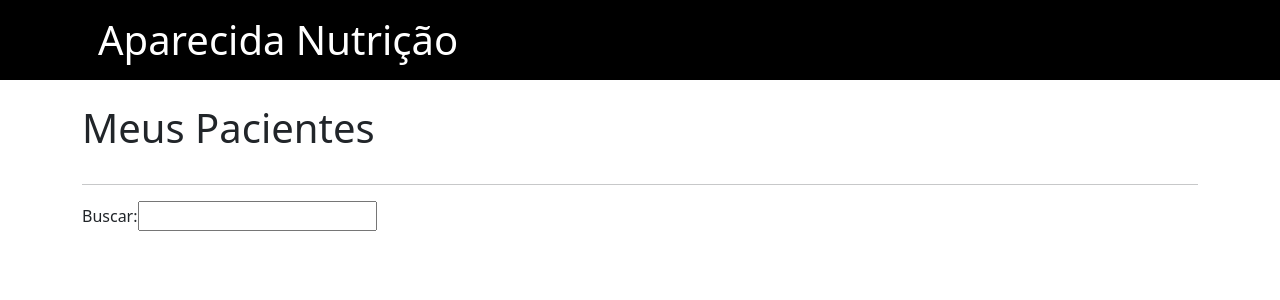
Repository: eversonps/app-paciente
Page: / (app in frontend/)
An editor plug-in stored every save of this project. The page is shown before and after the next save, followed by the edit.
The browser window is 1280 px wide. The pictures show the whole page.
The project was rebuilt for these pictures with package versions that can differ from the ones it lists, and the page was loaded fresh each time.

Above is the page before, as saved 2022-03-28 13:49:29.

After the next save:
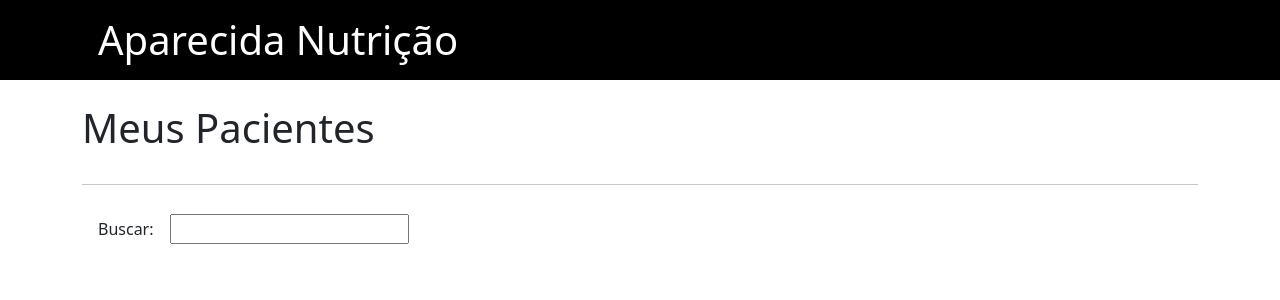
Saved 21 s later.
--- a/frontend/src/components/MyPacients.jsx
+++ b/frontend/src/components/MyPacients.jsx
@@ -5,7 +5,7 @@
         <h1 className="pt-3 pb-3">Meus Pacientes</h1>
         <hr />
         <div>
-            <label className="mr-3">Buscar: </label>
+            <label className="m-3">Buscar: </label>
             <input type="text" />
         </div>
     </div>

After the save that followed:
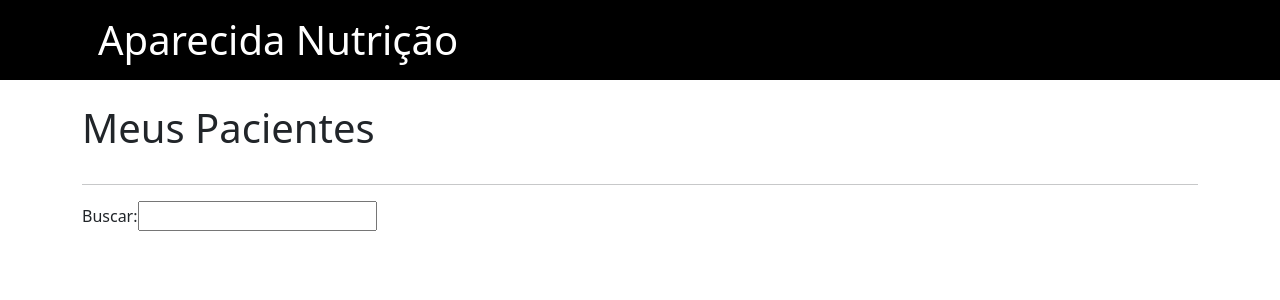
Saved 10 s later.
--- a/frontend/src/components/MyPacients.jsx
+++ b/frontend/src/components/MyPacients.jsx
@@ -5,7 +5,7 @@
         <h1 className="pt-3 pb-3">Meus Pacientes</h1>
         <hr />
         <div>
-            <label className="m-3">Buscar: </label>
+            <label className="ml-3">Buscar: </label>
             <input type="text" />
         </div>
     </div>
